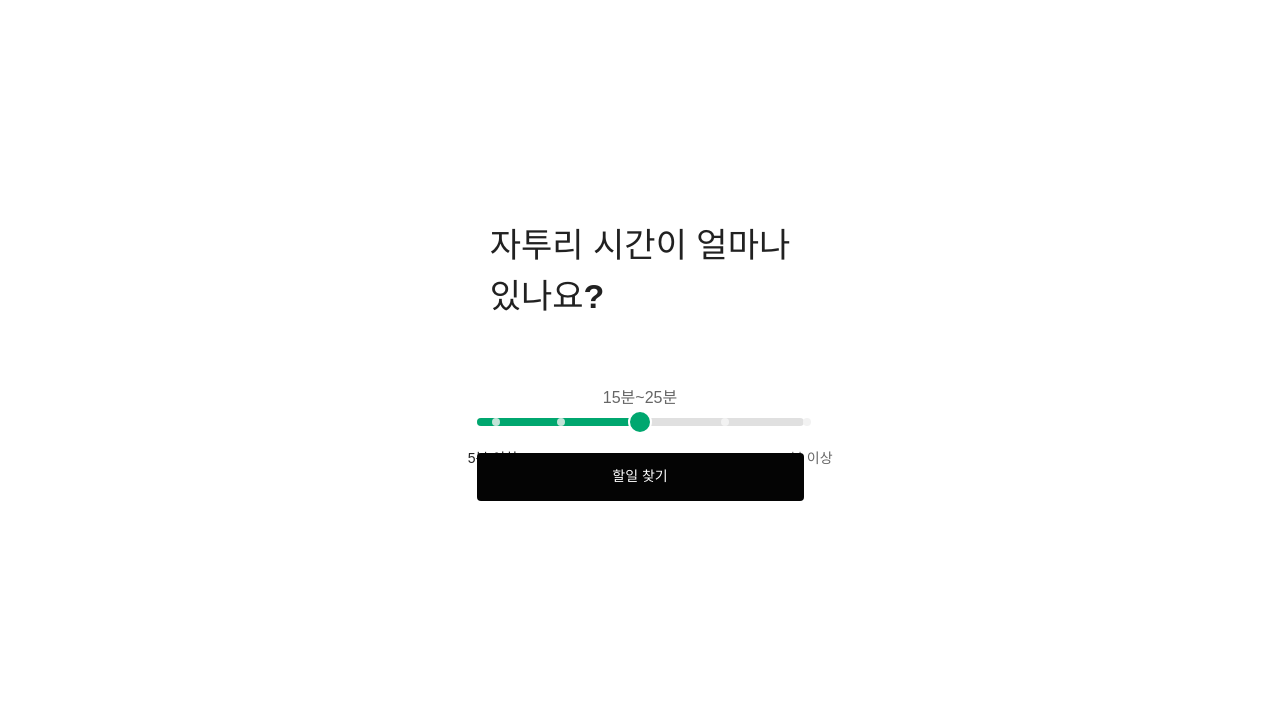
Repository: Tickley-Team/Tickley
Page: /survey
The author's editor kept a copy of each file at every save. The page is drawn from the files as they stood at one save, then again after the next save.
The browser window is 1280 px wide. The pictures show the whole page.
The project was rebuilt for these pictures with package versions that can differ from the ones it lists, and the page was loaded fresh each time. Also part of the build but not shown: vite.config.ts, src/components/BottomNavbar.css, src/components/BottomNavbar.tsx, src/hooks/useLocalStorage.ts, src/stores/timeLeftStore.ts, src/utils.ts, src/components/BasicDialog.tsx, src/pages/Todos.tsx and 12 more.

Above is the page before, as saved 2024-12-09 16:27:29.

After the next save:
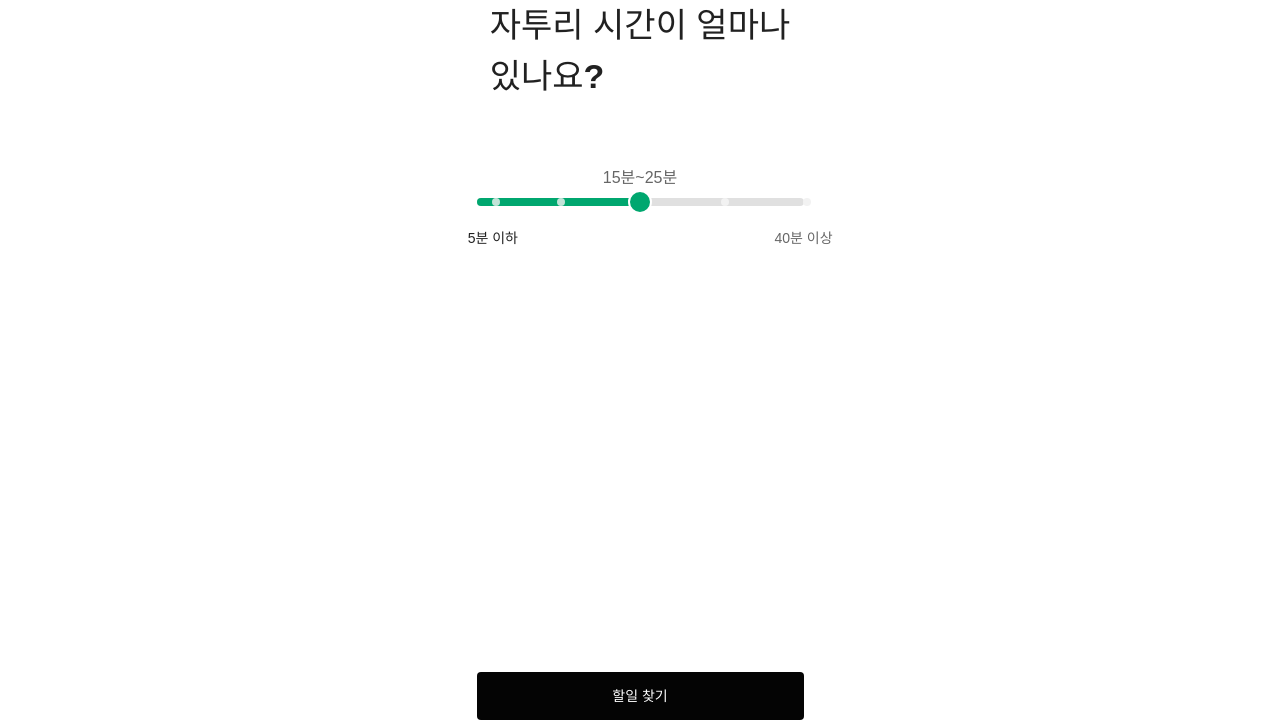
Saved 40 s later.
--- a/src/pages/SurveySpareTime/index.tsx
+++ b/src/pages/SurveySpareTime/index.tsx
@@ -23,7 +23,9 @@
         {`자투리 시간이 얼마나\n있나요?`}
       </Typography>
       <RangeSlider />
-      <CTAButton onClick={handleClickButton}>할일 찾기 </CTAButton>
+      <CTAButton sx={{ marginTop: 'auto' }} onClick={handleClickButton}>
+        할일 찾기{' '}
+      </CTAButton>
     </MobileLayout>
   )
 }
